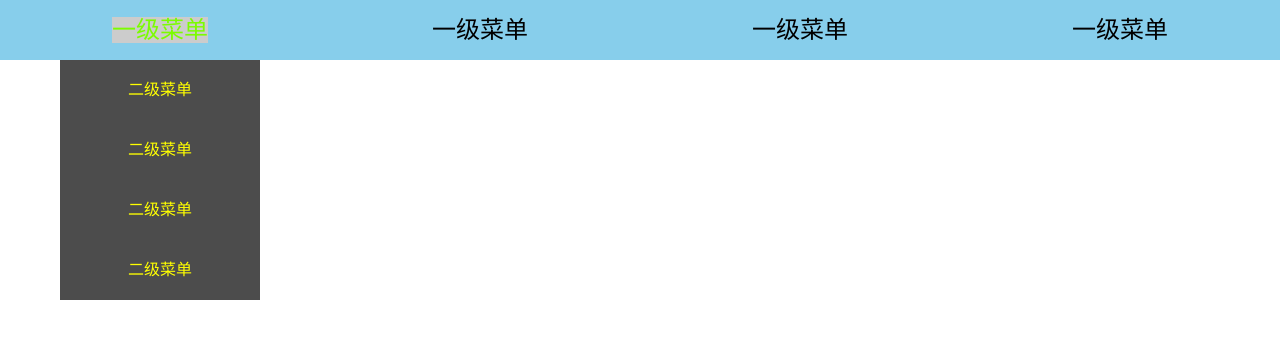
Repository: JJianZ/miao
Page: css-menu.html
These files come from the project's save history. The page is drawn as it stood at one moment and after the next save; the edit follows.
The browser window is 1280 px wide. The pictures show the whole page.
The pointer rests on the first visible `ul span`.

Above is the page before, as saved 2021-11-22 21:10:30.

### css-menu.html
<!DOCTYPE html>
<html lang="en">
<head>
  <meta charset="UTF-8">
  <meta http-equiv="X-UA-Compatible" content="IE=edge">
  <meta name="viewport" content="width=device-width, initial-scale=1.0">
  <title>Document</title>
  <style>
    * {
      margin: 0;
      padding: 0;
      width: 100%;
      box-sizing: border-box;
    }
    a {
      text-decoration: none;
    }
    nav {
      width: 100%;
      height: 60px;
      line-height: 60px;
      font-size: 1.5em;
      display: flex;
      text-align: justify;
      background-color: skyblue;
    }
    ul {
      position: relative;
      width: 200px;
      list-style: none;
      overflow: hidden;
      margin: 0 auto;
      text-align: center;
    }
    ul:hover {
      overflow: visible;
    }
    ul span:hover {
      background-color: #ccc;
      color: lawngreen;
    }
    ul li {
      font-size: 16px;
      color: white;
      background-color: rgba(0,0,0,0.7);
    }
    ul li a {
      color: yellow;
      display: block;
    }
    ul li a:hover {
      color: green;
    }
  </style>
</head>
<body>
  <nav>
    <ul><span>一级菜单</span>
      <li><a href="#">二级菜单</a></li>
      <li><a href="#">二级菜单</a></li>
      <li><a href="#">二级菜单</a></li>
      <li><a href="#">二级菜单</a></li>
    </ul>
    <ul><span>一级菜单</span>
      <li><a href="#">二级菜单</a></li>
      <li><a href="#">二级菜单</a></li>
      <li><a href="#">二级菜单</a></li>
      <li><a href="#">二级菜单</a></li>
    </ul>
    <ul><span>一级菜单</span>
      <li><a href="#">二级菜单</a></li>
      <li><a href="#">二级菜单</a></li>
      <li><a href="#">二级菜单</a></li>
      <li><a href="#">二级菜单</a></li>
    </ul>
    <ul><span>一级菜单</span>
      <li><a href="#">二级菜单</a></li>
      <li><a href="#">二级菜单</a></li>
      <li><a href="#">二级菜单</a></li>
      <li><a href="#">二级菜单</a></li>
    </ul>
  </nav>
</body>
</html>

After the next save:
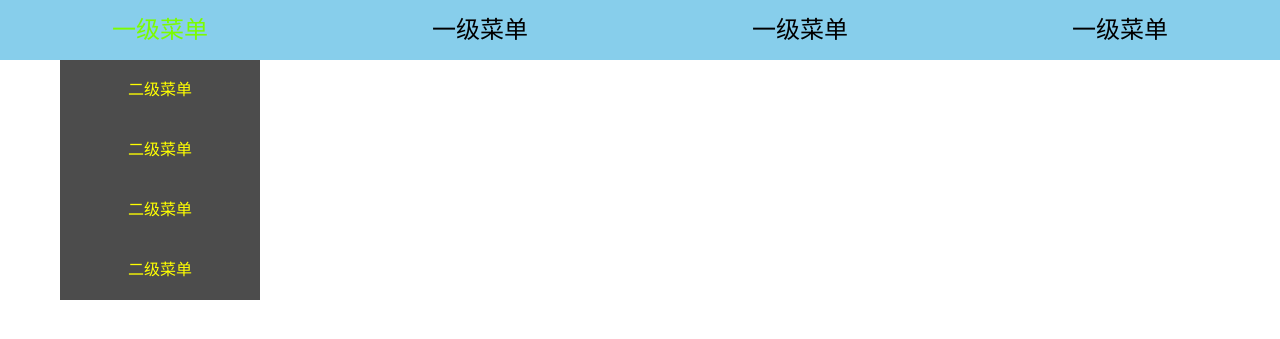
Saved 14 s later.
--- a/css-menu.html
+++ b/css-menu.html
@@ -36,7 +36,6 @@
       overflow: visible;
     }
     ul span:hover {
-      background-color: #ccc;
       color: lawngreen;
     }
     ul li {
